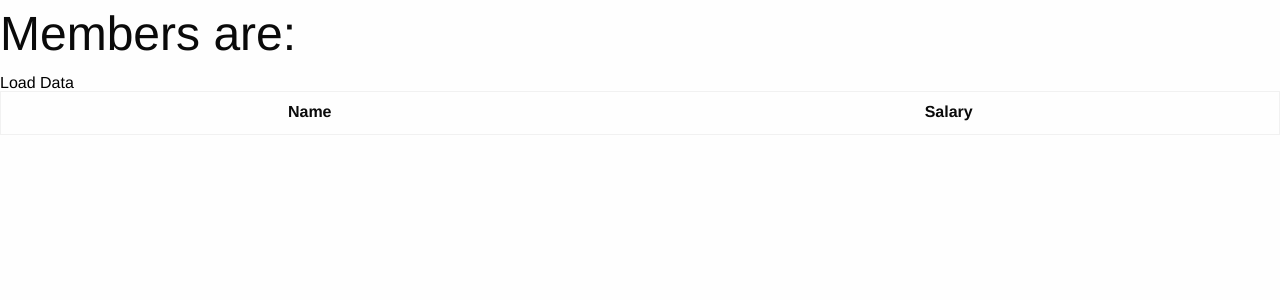
Repository: dhileepankruschev/spring-training
Page: http://localhost/Member/
These files come from the project's save history. The page is drawn as it stood at one moment and after the next save; the edit follows.
The browser window is 1280 px wide. The pictures show the whole page.
Some web libraries are served in a nearby version. The page is served by Tomcat 9. Nobody is signed in. The application's start-up code is not run.

Above is the page before, as saved 2016-06-29 05:02:19.

After the next save:
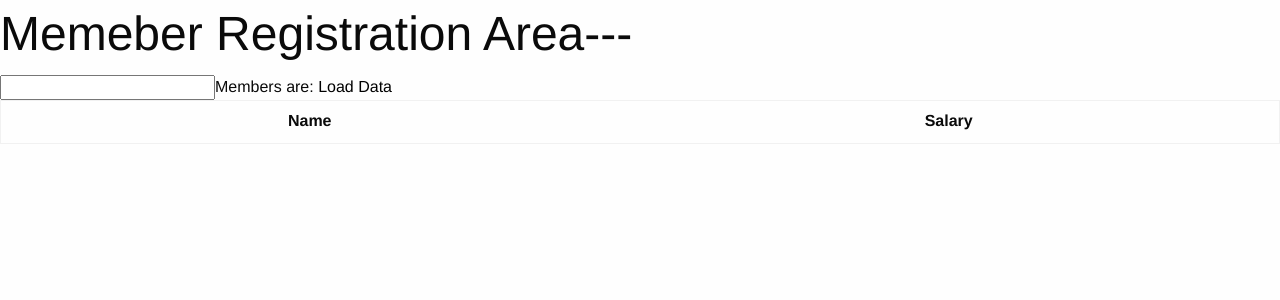
Saved 4 min 10 s later.
--- a/Member/src/main/webapp/index.jsp
+++ b/Member/src/main/webapp/index.jsp
@@ -10,6 +10,9 @@
 </head>
 <body ng-app="myApp" ng-controller="myController">
 
+
+<h1>Memeber Registration Area---</h1>
+<input type
 
 
 
